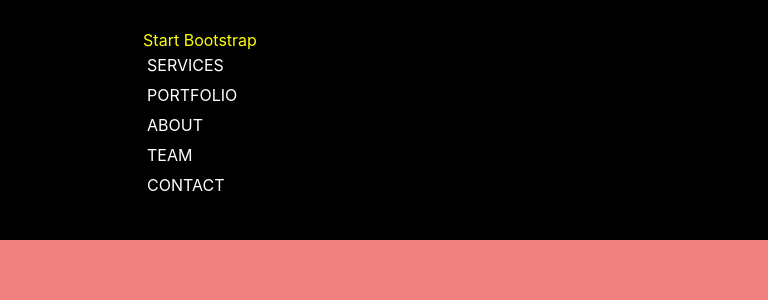
Repository: ooter37/media-queries-afternoon
Page: / (app in portfolio-clone/)
These files come from the project's save history. The page is drawn as it stood at one moment and after the next save; the edit follows.
The browser window is 768 px wide. The pictures show the whole page.
The project was rebuilt for these pictures with package versions that can differ from the ones it lists, and the page was loaded fresh each time.

Above is the page before, as saved 2020-04-13 14:08:48.

### portfolio-clone/src/App.js
import React from 'react';
import './App.css';
import Banner from './Components/Banner'

function App() {
  return (
    <div className="App">
      <Banner />
    </div>
  );
}

export default App;

### portfolio-clone/src/App.css
body {
  width: 100vw;
  background-color: lightcoral;
}

.header {
  width: 100%;
  height: 80px;
  background-color: black;
  display: flex;
}

.navbar {
  height: 100%;
  width: 100%;
  display: flex;
  align-items: center;
}

.buttons {
  width: 400px;
	display: flex;
	flex-direction: row;
	justify-content: space-between;
  align-items: center;
  position: fixed;
  top: 30px;
  right: 20px;
  color: white;
  font-weight: 400;
}
.buttons-background {
  width: 100vw;
  height: 400px;
}

.start-bootstrap {
  width: 400px;
  display: flex;
  justify-content: center;
  position: fixed;
  top: 30px;
  left: 0px;
  color: yellow;
}

@media screen and (max-width: 991px) {
  .buttons-background {
    background-color: black;
  }
  .buttons {
    flex-direction: column;
    align-items: baseline;
    justify-content: space-around;
    min-width: 300px;
    height: 150px;
    left: 147px;
    top: 50px;

  }

}

### portfolio-clone/src/Components/Banner.js
import React from 'react'



export default class Banner extends React.Component {
    constructor() {
        super()

    }
    render() {
        return (
            <header className='header'>
                <nav className='navbar'>
                    <div className='start-bootstrap'>Start Bootstrap</div>
                    <div className='buttons-background'>
                    <div className='buttons'>

                            <div>SERVICES</div>

                            <div>PORTFOLIO</div>

                            <div>ABOUT</div>

                            <div>TEAM</div>

                            <div>CONTACT</div>

                    </div>
                    </div>
                </nav>
            </header>
        )
    }
}

Loaded but not shown: portfolio-clone/public/index.html (common file); portfolio-clone/src/index.js (common file); portfolio-clone/src/index.css (common file); portfolio-clone/src/serviceWorker.js (common file)

After the next save:
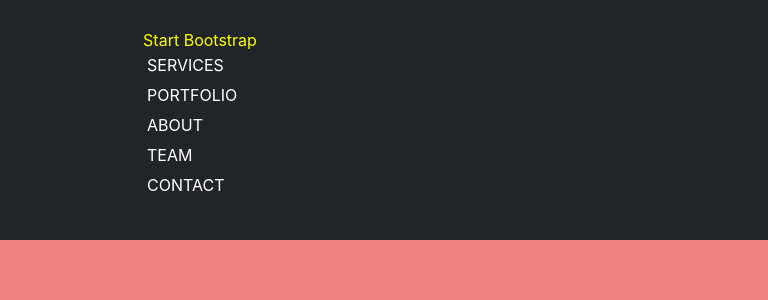
Saved 34 s later.
--- a/portfolio-clone/src/App.css
+++ b/portfolio-clone/src/App.css
@@ -46,7 +46,7 @@ body {
 
 @media screen and (max-width: 991px) {
   .buttons-background {
-    background-color: black;
+    background-color: #212529;
   }
   .buttons {
     flex-direction: column;
